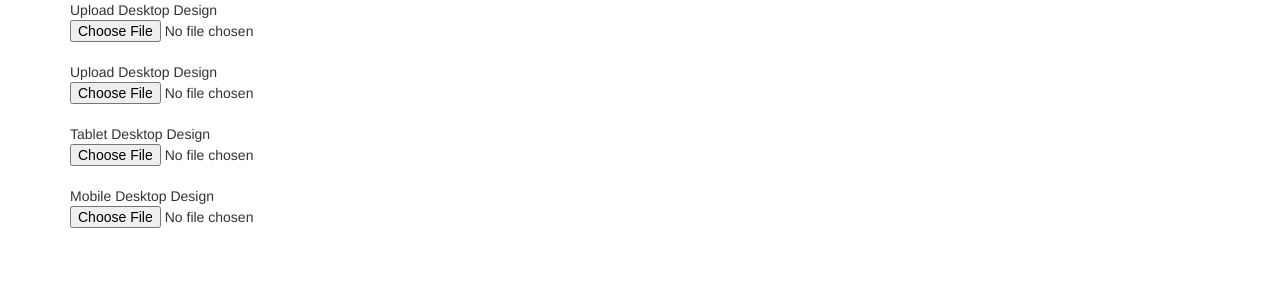
Repository: aneeshsingh/workspace
Page: http://localhost/analytics/Add_Product_Page_6.jsp
The author's editor kept a copy of each file at every save. The page is drawn from the files as they stood at one save, then again after the next save.
The browser window is 1280 px wide. The pictures show the whole page.
The page is served by Tomcat 9.

Above is the page before, as saved 2016-03-07 03:10:54.

After the next save:
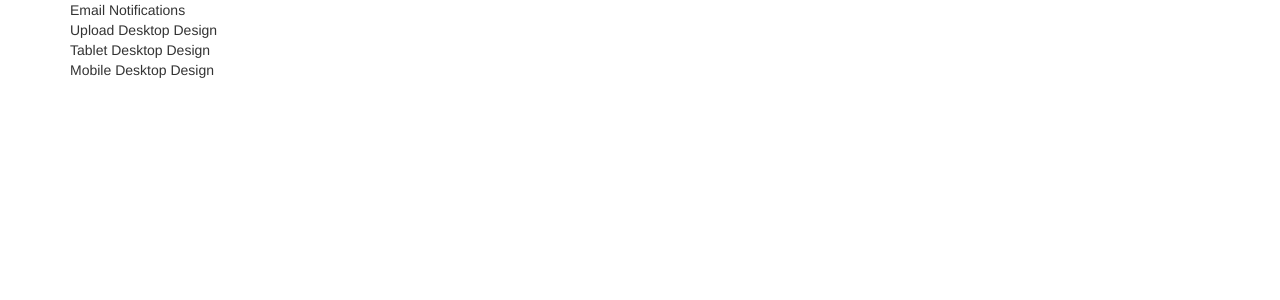
Saved 52 s later.
--- a/analytics/war/Add_Product_Page_6.jsp
+++ b/analytics/war/Add_Product_Page_6.jsp
@@ -25,8 +25,7 @@
 		<div class="row">
 
 			<div class="col-md-12">
-			<span>Upload Desktop Design</span>
-			 <input type="file" name="file" id="file" /> <br/>
+			<span>Email Notifications</span>
 			</div>
 		</div>
 
@@ -35,7 +34,6 @@
 			<div class="col-md-12">
 
 			<span>Upload Desktop Design</span>
-			 <input type="file" name="file_desktop" id="file_desktop" /> <br/>
 						</div>
 
 		</div>
@@ -49,7 +47,6 @@
 			<div class="col-md-12">
 
 			<span>Tablet Desktop Design</span>
-			 <input type="file" name="file_tablet" id="file_tablet" /> <br/>
 			</div>
 
 		</div>
@@ -61,7 +58,6 @@
 			<div class="col-md-12">
 
 			<span>Mobile Desktop Design</span>
-			 <input type="file" name="file_mobile" id="file_mobile" /> <br/>
 			</div>
 
 		</div>
